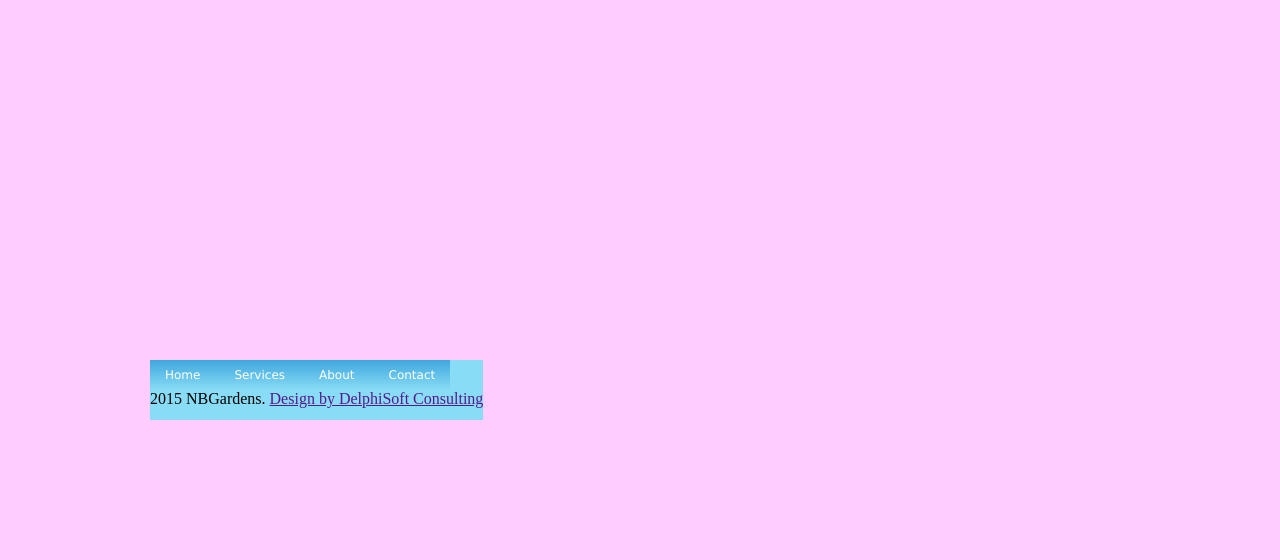
Repository: GAndrews13/BlueGardens
Page: BlueGardensEESystem/src/main/webapp/templates/template.html
An editor plug-in stored every save of this project. The page is shown before and after a run of saves, followed by the edit.
The browser window is 1280 px wide. The pictures show the part of the page from y = 300 to 860 px (the page is 860 px tall).

Above is the page before, as saved 2015-07-21 13:58:31.

After the next 4 saves:
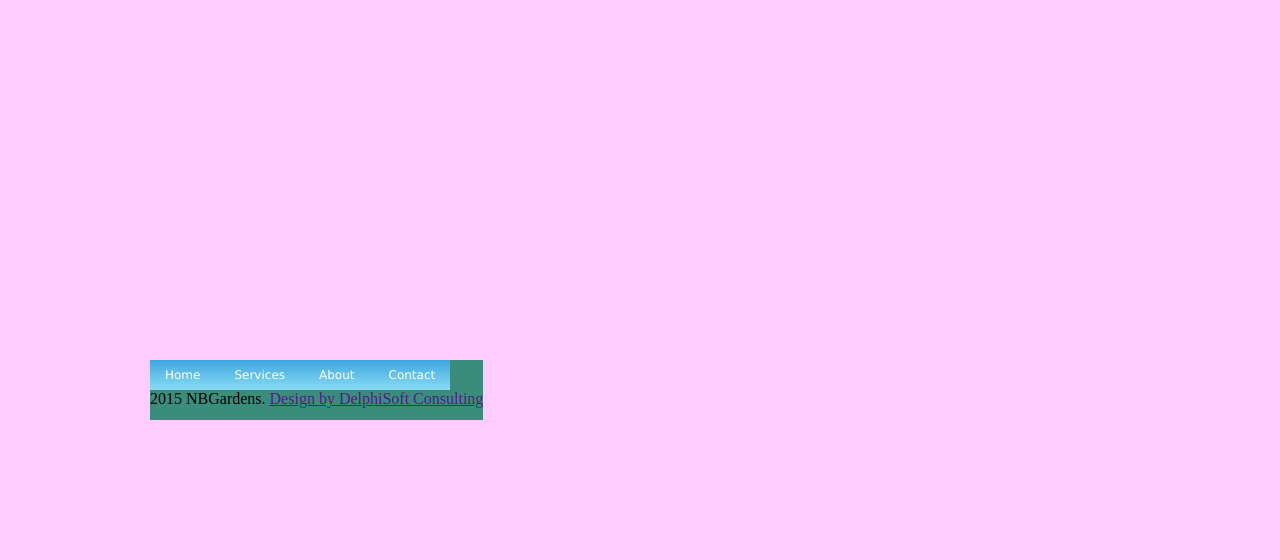
The 4 saves are shown as one change because they came seconds apart.
The last was saved 13 s later.
--- a/BlueGardensEESystem/src/main/webapp/style.css
+++ b/BlueGardensEESystem/src/main/webapp/style.css
@@ -111,9 +111,10 @@ body{
 
 	.site-footer{
 		height: 60px;
-		background-color: #89dcf5;
+		background-color: #3A8C7D;
 		bottom: 0;
 		position:fixed;
+
 	}
 
 	.site-header{
